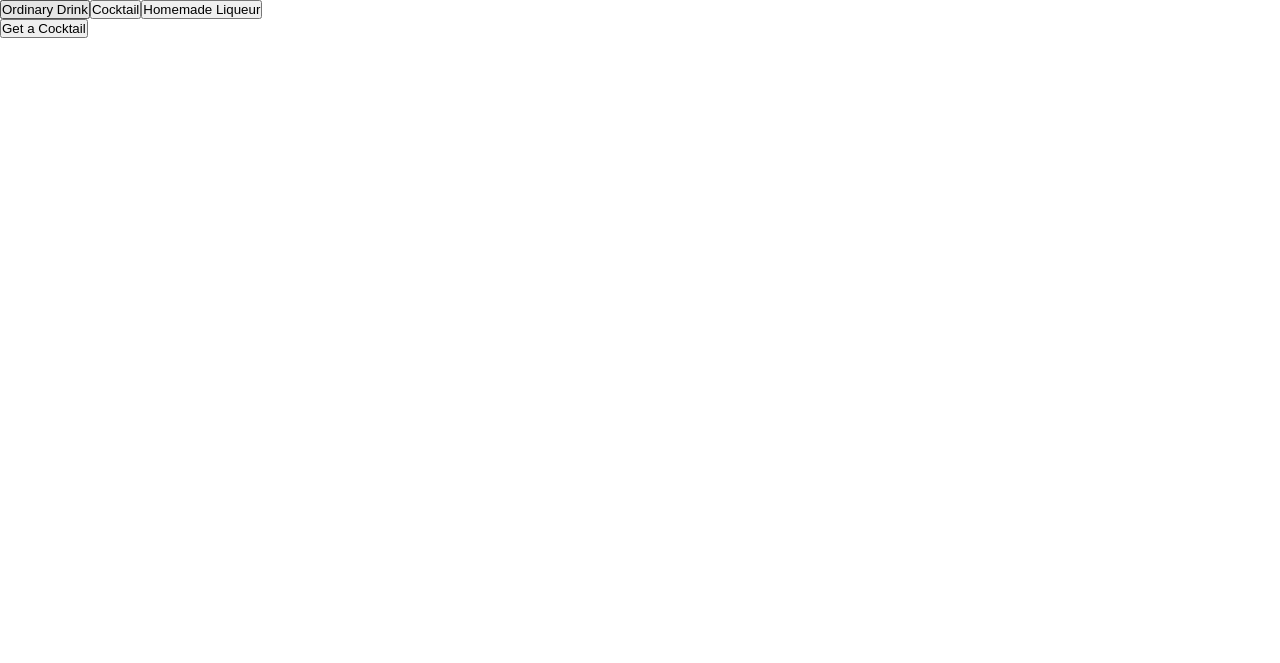
Repository: anagarango/DrinkUp
Page: /
These files come from the project's save history. The page is drawn as it stood at one moment and after the next save; the edit follows.
The browser window is 1280 px wide. The pictures show the whole page.
The project was rebuilt for these pictures with package versions that can differ from the ones it lists, and the page was loaded fresh each time. The framework's server and built-in components were replaced by stand-ins that run in the browser. Also part of the build but not shown: next.config.js.

Above is the page before, as saved 2023-01-17 21:59:37.

### pages/index.js
import Head from 'next/head'
import styles from '@/styles/Home.module.css'
import { useEffect, useState } from 'react'
import Lottie from "lottie-react";
import LoadingAnimation from '../public/loadingCocktail.json'
import axios from 'axios';
import styled from 'styled-components';

const Card = styled.div`
  width:30vw;
  height:120px;
  background-color:white;
  display:flex;
  align-items:center;
  flex-direction:column;
  padding
`

const Image = styled.img`
  width:18vw;
  height:90px;
`


export default function Home() {
  const [loading, setLoading] = useState(false)
  const [data, setData] = useState({})
  const [cocktails, setCocktails] = useState()
  const [category, setCategory] = useState("")

  const url =`https://www.thecocktaildb.com/api/json/v1/1/filter.php?c=${category}`



  const GetCocktail = async () => {
    await axios.get(url)
    .then((results) => {
      setLoading(true)
    console.log(results.data.drinks)
    setTimeout(() => {
      setCocktails(results.data.drinks)
    }, 1500);
    setLoading(false)
    }).catch((error)=>{
      console.log(error)
    })
  }

  useEffect(() => {

  }, [])

  return (
    <>
      <Head>
        <title>DrinkUp</title>
        <meta name="description" content="Generated by create next app" />
        <meta name="viewport" content="width=device-width, initial-scale=1" />
        <link rel="icon" href="/favicon.ico" />
      </Head>
      <main>
        <div>
          <button>Ordinary Drink</button>
          <button>Cocktail</button>
          <button>Homemade Liqueur</button>
        </div>
        {loading && <Lottie style={{height:100, width:100}} animationData={LoadingAnimation} loop={true}></Lottie>}
        {cocktails && cocktails.map(
          (o)=>(
            <Card key={o.idDrink}>
              <Image src={o.strDrinkThumb}></Image>
              <p>{o.strDrink}</p>

            </Card>
          )
        )}
        <button onClick={()=>GetCocktail()}>Get a Cocktail</button>
      </main>
    </>
  )
}

### styles/globals.css
:root {
  --max-width: 1100px;
  --border-radius: 12px;
  --font-mono: ui-monospace, Menlo, Monaco, 'Cascadia Mono', 'Segoe UI Mono',
    'Roboto Mono', 'Oxygen Mono', 'Ubuntu Monospace', 'Source Code Pro',
    'Fira Mono', 'Droid Sans Mono', 'Courier New', monospace;

  --foreground-rgb: 0, 0, 0;
  --background-start-rgb: 214, 219, 220;
  --background-end-rgb: 255, 255, 255;

  --primary-glow: conic-gradient(
    from 180deg at 50% 50%,
    #16abff33 0deg,
    #0885ff33 55deg,
    #54d6ff33 120deg,
    #0071ff33 160deg,
    transparent 360deg
  );
  --secondary-glow: radial-gradient(
    rgba(255, 255, 255, 1),
    rgba(255, 255, 255, 0)
  );

  --tile-start-rgb: 239, 245, 249;
  --tile-end-rgb: 228, 232, 233;
  --tile-border: conic-gradient(
    #00000080,
    #00000040,
    #00000030,
    #00000020,
    #00000010,
    #00000010,
    #00000080
  );

  --callout-rgb: 238, 240, 241;
  --callout-border-rgb: 172, 175, 176;
  --card-rgb: 180, 185, 188;
  --card-border-rgb: 131, 134, 135;
}

@media (prefers-color-scheme: dark) {
  :root {
    --foreground-rgb: 255, 255, 255;
    --background-start-rgb: 0, 0, 0;
    --background-end-rgb: 0, 0, 0;

    --primary-glow: radial-gradient(rgba(1, 65, 255, 0.4), rgba(1, 65, 255, 0));
    --secondary-glow: linear-gradient(
      to bottom right,
      rgba(1, 65, 255, 0),
      rgba(1, 65, 255, 0),
      rgba(1, 65, 255, 0.3)
    );

    --tile-start-rgb: 2, 13, 46;
    --tile-end-rgb: 2, 5, 19;
    --tile-border: conic-gradient(
      #ffffff80,
      #ffffff40,
      #ffffff30,
      #ffffff20,
      #ffffff10,
      #ffffff10,
      #ffffff80
    );

    --callout-rgb: 20, 20, 20;
    --callout-border-rgb: 108, 108, 108;
    --card-rgb: 100, 100, 100;
    --card-border-rgb: 200, 200, 200;
  }
}

* {
  box-sizing: border-box;
  padding: 0;
  margin: 0;
}

html,
body {
  max-width: 100vw;
  overflow-x: hidden;
}

/* body {
  color: rgb(var(--foreground-rgb));
  background: linear-gradient(
      to bottom,
      transparent,
      rgb(var(--background-end-rgb))
    )
    rgb(var(--background-start-rgb));
} */

a {
  color: inherit;
  text-decoration: none;
}

/* @media (prefers-color-scheme: dark) {
  html {
    color-scheme: dark;
  }
} */

Loaded but not shown: pages/_app.js (common file); pages/_document.js (common file); styles/Home.module.css (common file); public/loadingCocktail.json (1 lines, source omitted)

After the next save:
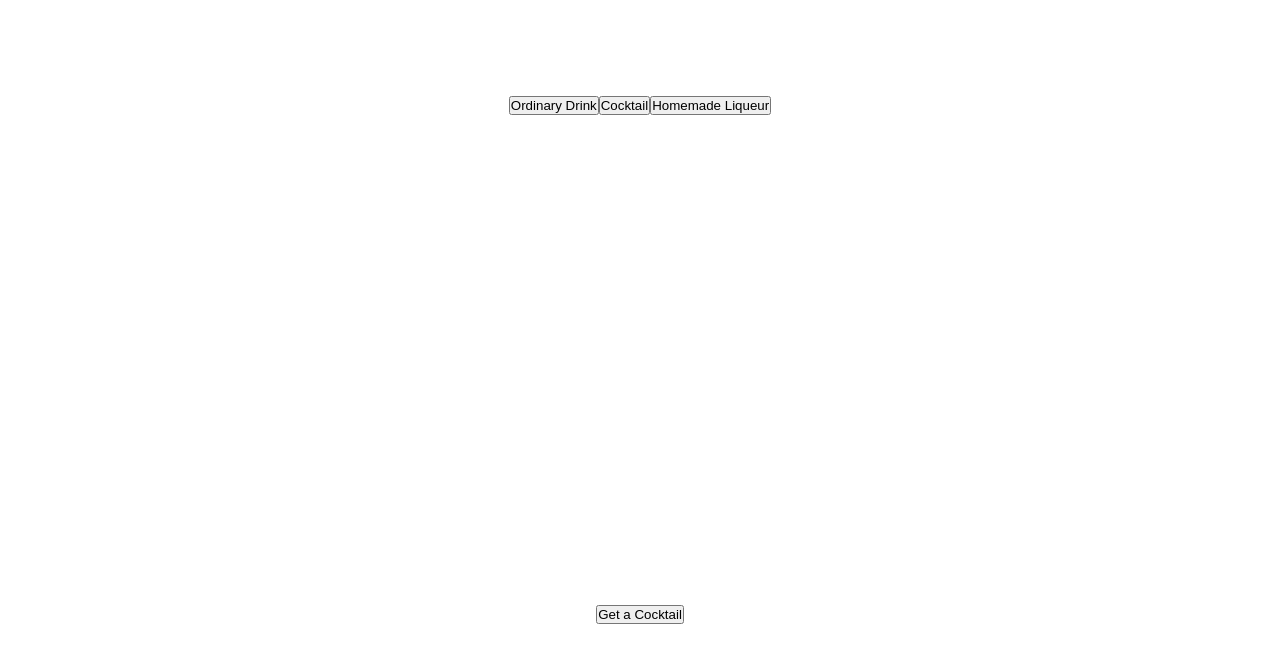
Saved 8 s later.
--- a/pages/index.js
+++ b/pages/index.js
@@ -58,7 +58,7 @@ export default function Home() {
         <meta name="viewport" content="width=device-width, initial-scale=1" />
         <link rel="icon" href="/favicon.ico" />
       </Head>
-      <main>
+      <main className={styles.main}>
         <div>
           <button>Ordinary Drink</button>
           <button>Cocktail</button>
